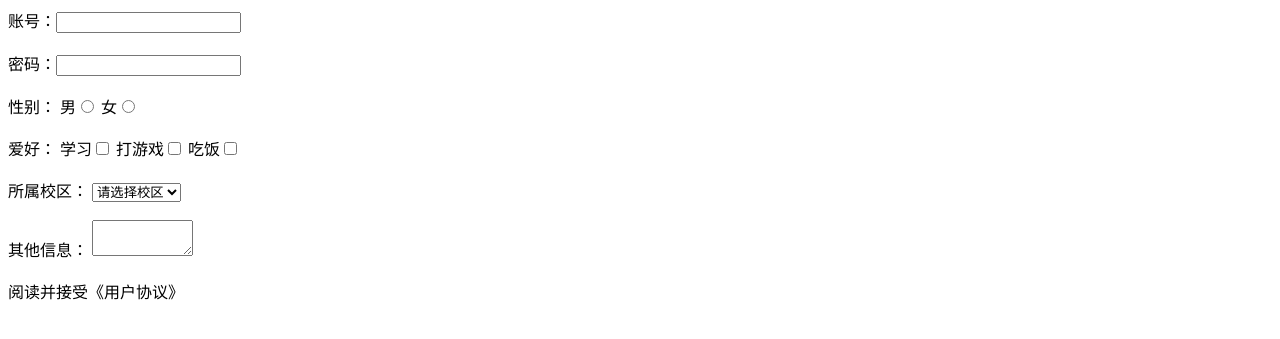
Repository: Lconfident/Learning_Process
Page: Vue/vue_basic/13__收集表单数据/1.收集表单数据.html
The author's editor kept a copy of each file at every save. The page is drawn from the files as they stood at one save, then again after the next save.
The browser window is 1280 px wide. The pictures show the whole page.

Above is the page before, as saved 2023-07-22 10:32:12.

### Vue/vue_basic/13__收集表单数据/1.收集表单数据.html
<!DOCTYPE html>
<html lang="en">

<head>
    <meta charset="UTF-8">
    <meta name="viewport" content="width=device-width, initial-scale=1.0">
    <title>Doc</title>
    <!-- 引入Vue -->
    <script type="text/javascript" src="../../js/vue.js"></script>
</head>

<body>
    <!-- 准备好一个容器 -->
    <div id="root">
        <form>
            账号：<input type="text"><br><br>
            密码：<input type="password"><br><br>
            性别：
            男<input type="radio" name="gender">
            女<input type="radio" name="gender"><br><br>
            爱好：
            学习<input type="checkbox">
            打游戏<input type="checkbox">
            吃饭<input type="checkbox"><br><br>
            所属校区：
            <select>
                <option value="">请选择校区</option>
                <option value="beijing">北京</option>
                <option value="shanghai">上海</option>
                <option value="wuhan">武汉</option>
                <option value="shenzhen">深圳</option>
            </select><br><br>
            其他信息：
            <textarea cols="10" rows="2"></textarea><br><br>
            阅读并接受《用户协议》
        </form>
    </div>

</body>

<script type="text/javascript">

</script>

</html>

Loaded but not shown: Vue/js/vue.js (library)

After the next save:
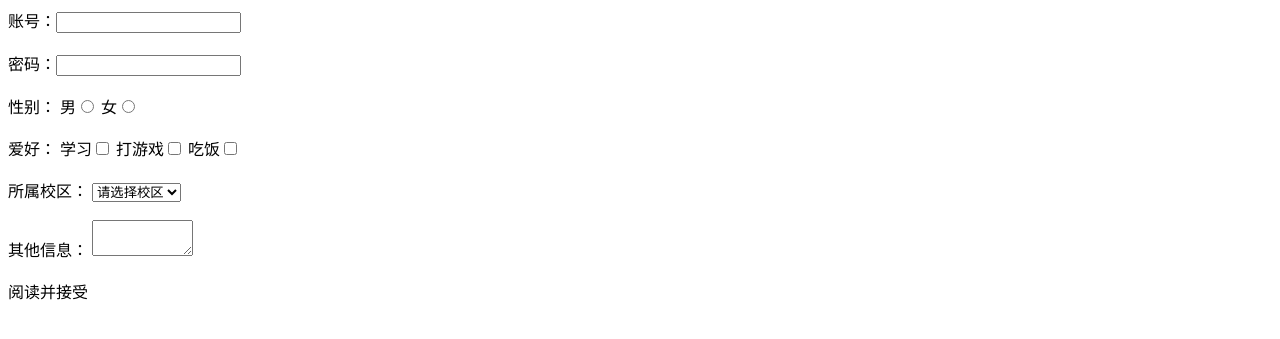
Saved 5 s later.
--- a/Vue/vue_basic/13__收集表单数据/1.收集表单数据.html
+++ b/Vue/vue_basic/13__收集表单数据/1.收集表单数据.html
@@ -32,7 +32,7 @@
             </select><br><br>
             其他信息：
             <textarea cols="10" rows="2"></textarea><br><br>
-            阅读并接受《用户协议》
+            阅读并接受<a《用户协议》
         </form>
     </div>
 

After the save that followed:
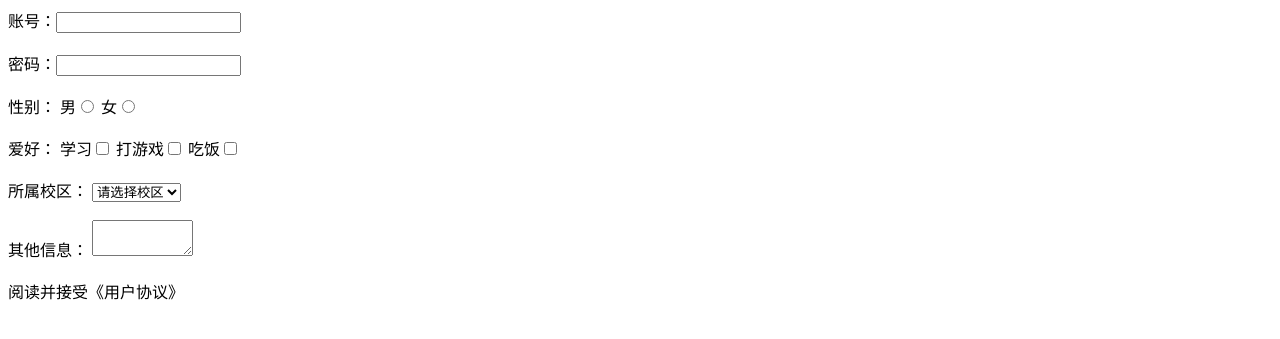
Saved 6 s later.
--- a/Vue/vue_basic/13__收集表单数据/1.收集表单数据.html
+++ b/Vue/vue_basic/13__收集表单数据/1.收集表单数据.html
@@ -32,7 +32,7 @@
             </select><br><br>
             其他信息：
             <textarea cols="10" rows="2"></textarea><br><br>
-            阅读并接受<a《用户协议》
+            阅读并接受<a></a>《用户协议》
         </form>
     </div>
 
